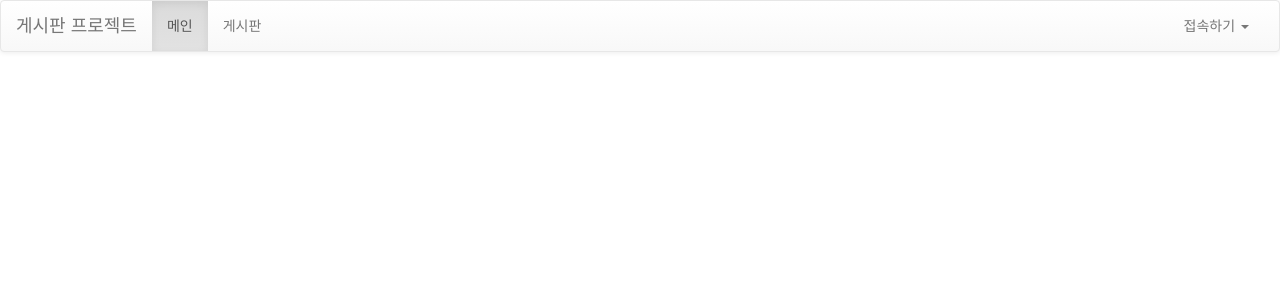
Repository: Seok7975/JSP-Education
Page: http://localhost/BBS/main.jsp
An editor plug-in stored every save of this project. The page is shown before and after the next save, followed by the edit.
The browser window is 1280 px wide. The pictures show the whole page.
Some web libraries are served in a nearby version. The page is served by Tomcat 9.

Above is the page before, as saved 2024-06-10 03:27:41.

After the next save:
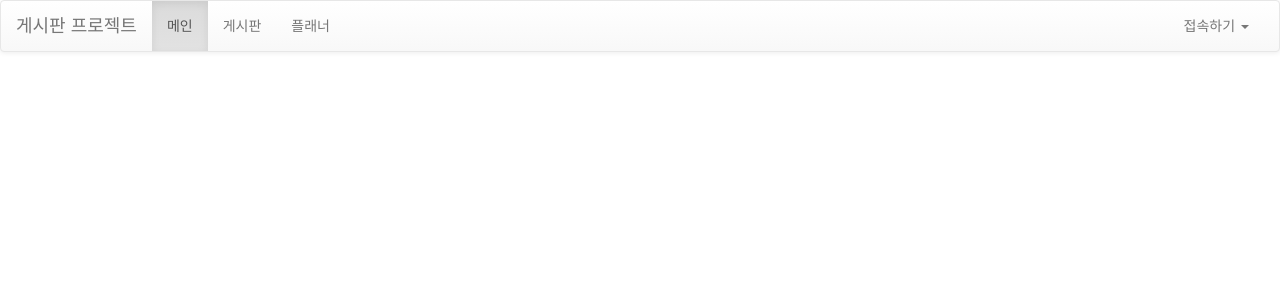
Saved 17 min 15 s later.
--- a/List_Projects/BBS/src/main/webapp/main.jsp
+++ b/List_Projects/BBS/src/main/webapp/main.jsp
@@ -1,4 +1,4 @@
- <!-- 회원가입화면 -->
+<%--  <!-- 회원가입화면 -->
 <%@ page language="java" contentType="text/html; charset=UTF-8"
     pageEncoding="UTF-8"%>
 <%@ page import="java.io.PrintWriter" %>
@@ -39,6 +39,7 @@
 				<ul class="nav navbar-nav">
 					<li class="active"><a href="main.jsp">메인</a></li>
 					<li><a href="bbs.jsp">게시판</a></li>
+
 				</ul>
 				<%
 					if(userID == null) {
@@ -71,3 +72,76 @@
 	</nav>
 </body>
 </html>
+
+  --%>
+
+
+  <%@page import="java.util.List"%>
+<%@page import="java.util.ArrayList"%>
+<%@ page language="java" contentType="text/html; charset=UTF-8"
+    pageEncoding="UTF-8"%>
+<!DOCTYPE html>
+<html>
+<head>
+    <meta charset="UTF-8">
+    <title>JSP 게시판 웹 사이트</title>
+    <link rel="stylesheet" href="https://cdn.jsdelivr.net/npm/bootstrap@3.3.7/dist/css/bootstrap.min.css" integrity="sha384-BVYiiSIFeK1dGmJRAkycuHAHRg32OmUcww7on3RYdg4Va+PmSTsz/K68vbdEjh4u" crossorigin="anonymous">
+    <link rel="stylesheet" href="https://cdn.jsdelivr.net/npm/bootstrap@3.3.7/dist/css/bootstrap-theme.min.css" integrity="sha384-rHyoN1iRsVXV4nD0JutlnGaslCJuC7uwjduW9SVrLvRYooPp2bWYgmgJQIXwl/Sp" crossorigin="anonymous">
+    <script src="https://code.jquery.com/jquery-3.1.1.min.js"></script>
+    <script src="https://cdn.jsdelivr.net/npm/bootstrap@3.3.7/dist/js/bootstrap.min.js" integrity="sha384-Tc5IQib027qvyjSMfHjOMaLkfuWVxZxUPnCJA7l2mCWNIpG9mGCD8wGNIcPD7Txa" crossorigin="anonymous"></script>
+</head>
+<body>
+<%
+    String userID = null;
+    if (session.getAttribute("userID") != null) {
+        userID = (String) session.getAttribute("userID");
+    }
+%>
+    <nav class="navbar navbar-default">
+        <div class="container-fluid">
+            <div class="navbar-header">
+                <button type="button" class="navbar-toggle collapsed" data-toggle="collapse" data-target="#bs-example-navbar-collapse-1" aria-expanded="false">
+                    <span class="sr-only">Toggle navigation</span>
+                    <span class="icon-bar"></span>
+                    <span class="icon-bar"></span>
+                    <span class="icon-bar"></span>
+                </button>
+                <a class="navbar-brand" href="main.jsp">게시판 프로젝트</a>
+            </div>
+            <div class="collapse navbar-collapse" id="bs-example-navbar-collapse-1">
+                <ul class="nav navbar-nav">
+                    <li class="active"><a href="main.jsp">메인</a></li>
+                    <li><a href="bbs.jsp">게시판</a></li>
+                    <li><a href="planner.jsp">플래너</a></li> <!-- 플래너 메뉴 추가 -->
+                </ul>
+                <%
+                    if(userID == null) {
+                %>
+                    <ul class="nav navbar-nav navbar-right">
+                        <li class="dropdown">
+                            <a href="#" class="dropdown-toggle" data-toggle="dropdown" role="button" aria-haspopup="true" aria-expanded="false">접속하기 <span class="caret"></span></a>
+                            <ul class="dropdown-menu">
+                                <li><a href="login.jsp">로그인</a></li>
+                                <li><a href="join.jsp">회원가입</a></li>
+                            </ul>
+                        </li>
+                    </ul>
+                <%
+                    } else {
+                %>
+                        <ul class="nav navbar-nav navbar-right">
+                        <li class="dropdown">
+                            <a href="#" class="dropdown-toggle" data-toggle="dropdown" role="button" aria-haspopup="true" aria-expanded="false">회원관리<span class="caret"></span></a>
+                            <ul class="dropdown-menu">
+                                <li><a href="logoutAction.jsp">로그아웃</a></li>
+                            </ul>
+                        </li>
+                    </ul>
+                <%
+                    }
+                %>
+            </div>
+        </div>
+    </nav>
+</body>
+</html>
